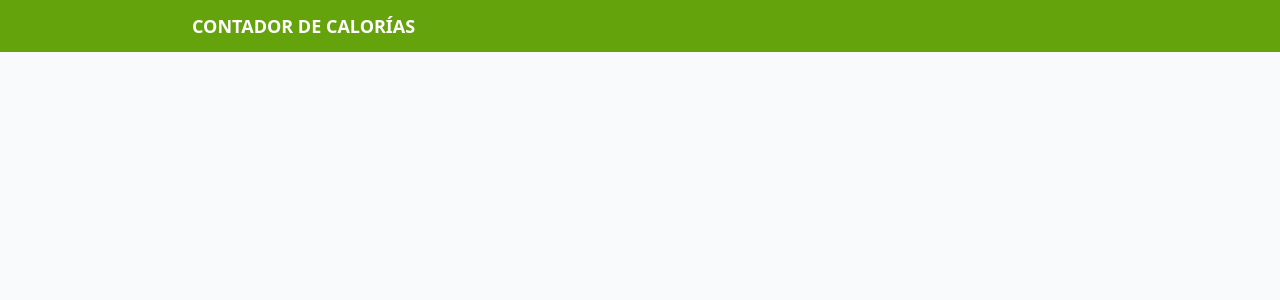
Repository: Samuel-Leal96/contador-calorias-react
Page: /
These files come from the project's save history. The page is drawn as it stood at one moment and after the next save; the edit follows.
The browser window is 1280 px wide. The pictures show the whole page.
The project was rebuilt for these pictures with package versions that can differ from the ones it lists, and the page was loaded fresh each time. Also part of the build but not shown: vite.config.ts.

Above is the page before, as saved 2025-10-22 16:59:30.

After the next save:
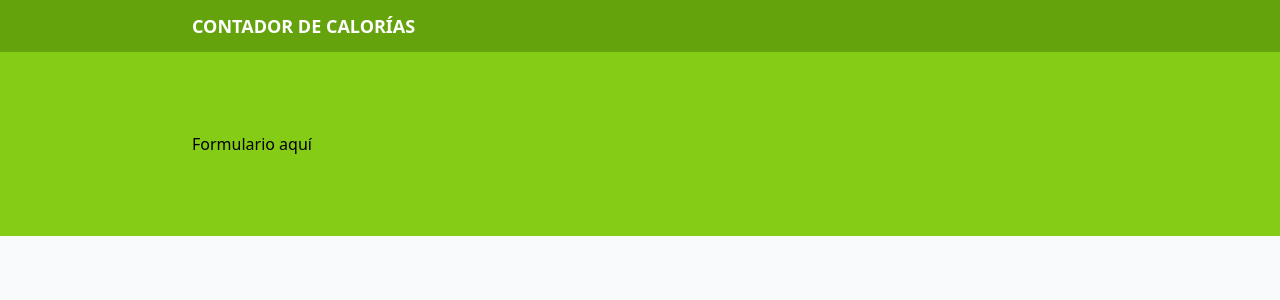
Saved 100 s later.
--- a/src/App.tsx
+++ b/src/App.tsx
@@ -11,6 +11,13 @@ function App() {
           </h1>
         </div>
       </header>
+
+
+      <section className="bg-lime-500 py-20 px-5">
+        <div className="max-w-4xl mx-auto">
+          <p>Formulario aquí</p>
+        </div>
+      </section>
     </>
   )
 }
